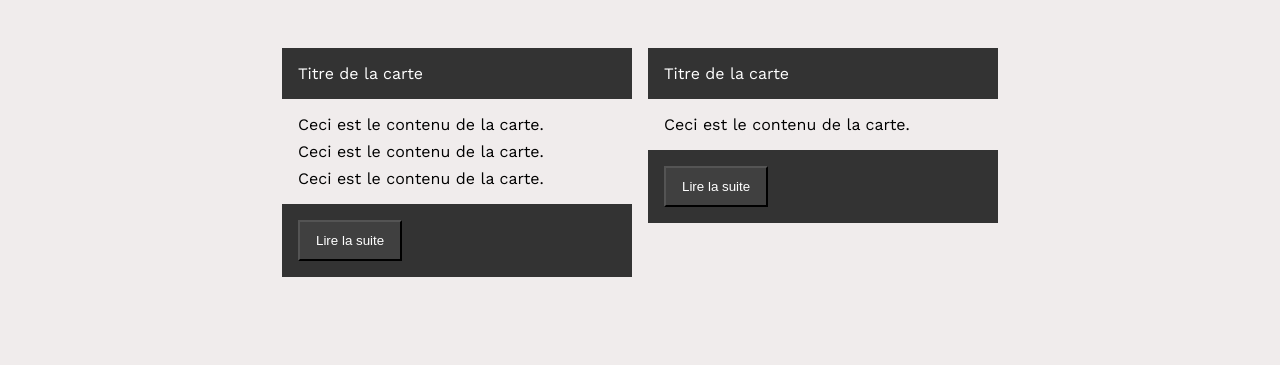
Repository: b3no1t/SASS--the-beginning
Page: exercices/cards/index.html
An editor plug-in stored every save of this project. The page is shown before and after the next save, followed by the edit.
The browser window is 1280 px wide. The pictures show the whole page.

Above is the page before, as saved 2025-02-02 01:22:32.

### exercices/cards/index.html
<!DOCTYPE html>
<html lang="fr">
  <head>
    <meta charset="UTF-8" />
    <meta name="viewport" content="width=device-width, initial-scale=1.0" />
    <meta name="author" content="Benoit Lepage" />
    <link rel="stylesheet" href="./assets/styles/main-prod.css">
    <title>Cards, a combination of BEM and SASS</title>
  </head>
  <body>
<div class="cards">

    <div class="card">
      <div class="card__header">
        Titre de la carte
      </div>
      <div class="card__body">
       <p> Ceci est le contenu de la carte.</p>
       <p> Ceci est le contenu de la carte.</p>
       <p> Ceci est le contenu de la carte.</p>
      </div>

      <div class="card__footer">
        <button class="card__button">
          Lire la suite
        </button>
      </div>
    </div>

    <div class="card">
      <div class="card__header">
        Titre de la carte
      </div>
      <div class="card__body">
        Ceci est le contenu de la carte.
      </div>
      <div class="card__footer">
        <button class="card__button">
          Lire la suite
        </button>
      </div>
    </div>

  </div>
  </body>
</html>

### exercices/cards/assets/styles/main-prod.css
@import url("https://fonts.googleapis.com/css2?family=Work+Sans:ital,wght@0,100..900;1,100..900&display=swap");
.card {
  width: 350px; /* pour la demo */
}
.card__header {
  background-color: #333;
  color: #fff;
  padding: 1rem;
}
.card__body {
  padding: 1em;
}
.card__body > * + * {
  margin-top: 0.5em;
}
.card__footer {
  background-color: #333;
  color: #fff;
  padding: 1rem;
}

.card__button {
  text-decoration: none;
  display: inline-block;
  color: #fff;
  padding: 0.7rem 1rem;
  background-color: hsl(0, 0%, 25%);
  transition: background-color 250ms ease-in-out;
}
.card__button:hover {
  background-color: hsl(0, 0%, 65%);
}

*, *::before, *::after {
  box-sizing: border-box;
  margin: 0;
  padding: 0;
}

body {
  font-family: "Work Sans", sans-serif;
  background-color: #f0ecec;
}

.cards {
  margin-top: 3em;
  display: flex;
  flex-wrap: wrap;
  gap: 1em;
  justify-content: center;
}

/*# sourceMappingURL=main-prod.css.map */

After the next save:
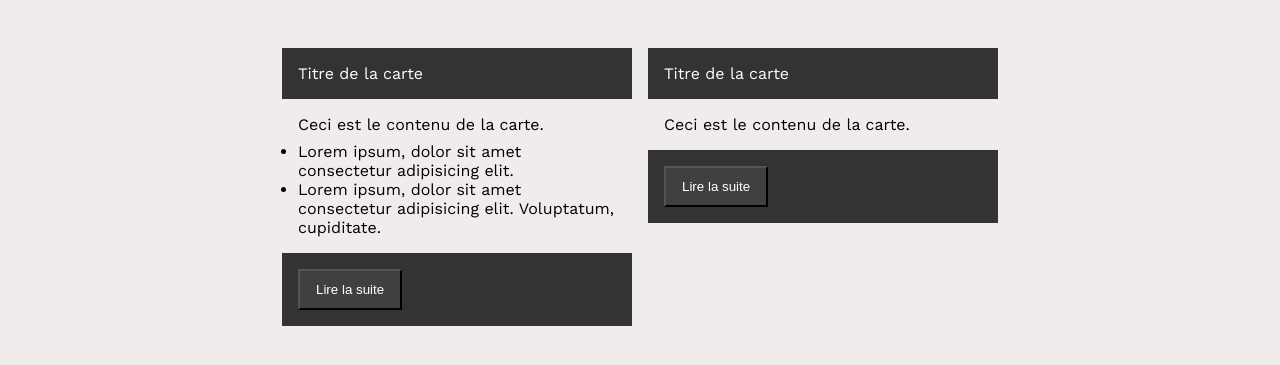
Saved 78 s later.
--- a/exercices/cards/index.html
+++ b/exercices/cards/index.html
@@ -16,8 +16,10 @@
       </div>
       <div class="card__body">
        <p> Ceci est le contenu de la carte.</p>
-       <p> Ceci est le contenu de la carte.</p>
-       <p> Ceci est le contenu de la carte.</p>
+       <ul>
+        <li>Lorem ipsum, dolor sit amet consectetur adipisicing elit.</li>
+        <li>Lorem ipsum, dolor sit amet consectetur adipisicing elit. Voluptatum, cupiditate.</li>
+       </ul>
       </div>
 
       <div class="card__footer">
